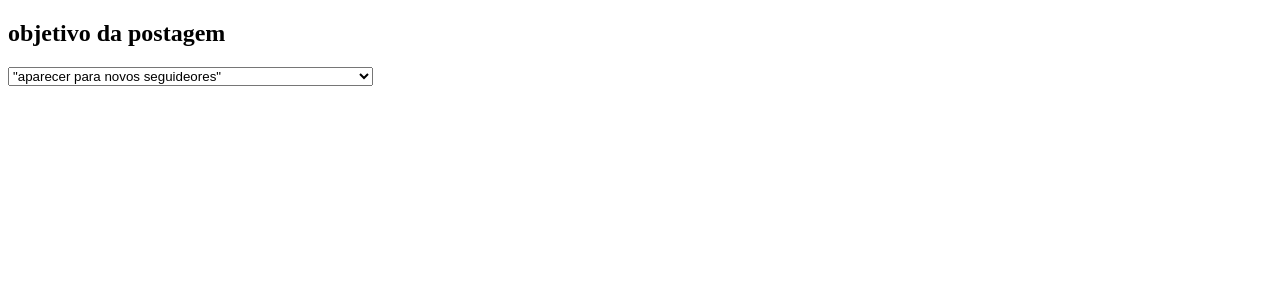
Repository: Ubiratandev/ink_api
Page: ink_IA/ink_ia.html
These files come from the project's save history. The page is drawn as it stood at one moment and after the next save; the edit follows.
The browser window is 1280 px wide. The pictures show the whole page.

Above is the page before, as saved 2026-03-23 21:48:35.

After the next save:
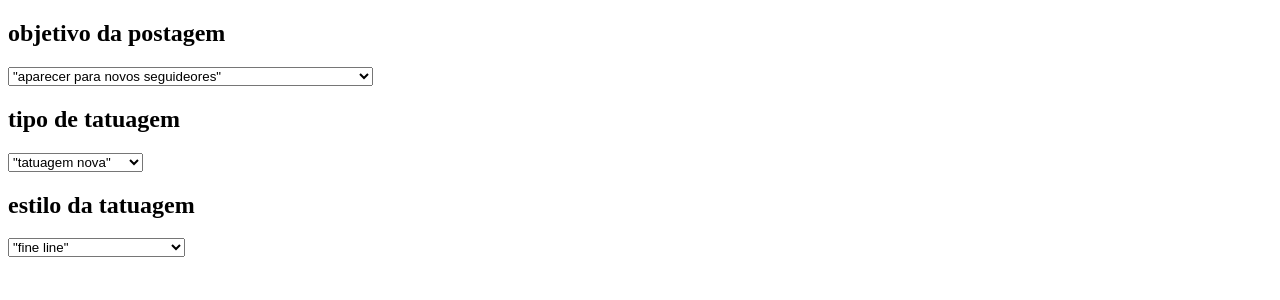
Saved 3 min 49 s later.
--- a/ink_IA/ink_ia.html
+++ b/ink_IA/ink_ia.html
@@ -14,5 +14,37 @@
     </optgroup>
    </select>
    </div>
+
+   <div class="tipo_tatuagem">
+
+
+    <h2>tipo de tatuagem</h2>
+    <select value = "tipo de tatuagem" onchange={}>
+    <optgroup>
+        <option value = "0"> "tatuagem nova"</option>
+        <option value = "1">"cobertura"</option>
+        <option value = "2">"reforma"</option>
+    </optgroup>
+   </select>
+   </div>
+
+
+
+   <div class="estilo da tatuagem">
+
+
+    <h2>estilo da tatuagem</h2>
+    <select value = "estilo da tatuagem" onchange={}>
+    <optgroup>
+        <option value = "0"> "fine line"</option>
+        <option value = "1">"realismo preto e cinza"</option>
+        <option value = "2">"realismo colorido"</option>
+        <option value = "3">"neotradicional"</option>
+
+    </optgroup>
+   </select>
+   </div>
+
+
 </body>
 </html>
